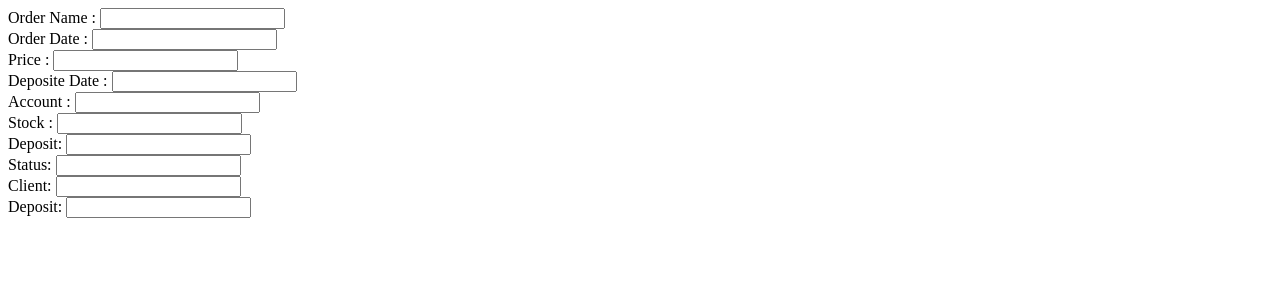
Repository: cheukyin21hk/DudeClothingConsole
Page: http://localhost/DudeClothing/WEB-INF/views/orderMgt.jsp
These files come from the project's save history. The page is drawn as it stood at one moment and after the next save; the edit follows.
The browser window is 1280 px wide. The pictures show the whole page.
The page is served by Tomcat 9. Nobody is signed in. The template is opened directly, without the code that normally fills it, so the values that code supplies are empty.

Above is the page before, as saved 2015-06-01 02:50:14.

After the next save:
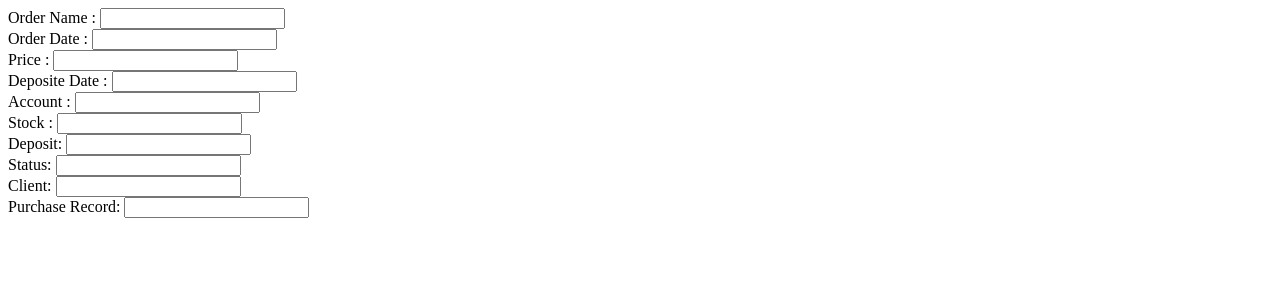
Saved 11 s later.
--- a/DudeClothing/src/main/webapp/WEB-INF/views/orderMgt.jsp
+++ b/DudeClothing/src/main/webapp/WEB-INF/views/orderMgt.jsp
@@ -25,7 +25,7 @@
 	<input type='text'>
 	<br /> Client:
 	<input type='text'>
-	<br /> Deposit:
+	<br /> Purchase Record:
 	<input type='text'>
 </body>
 </html>
